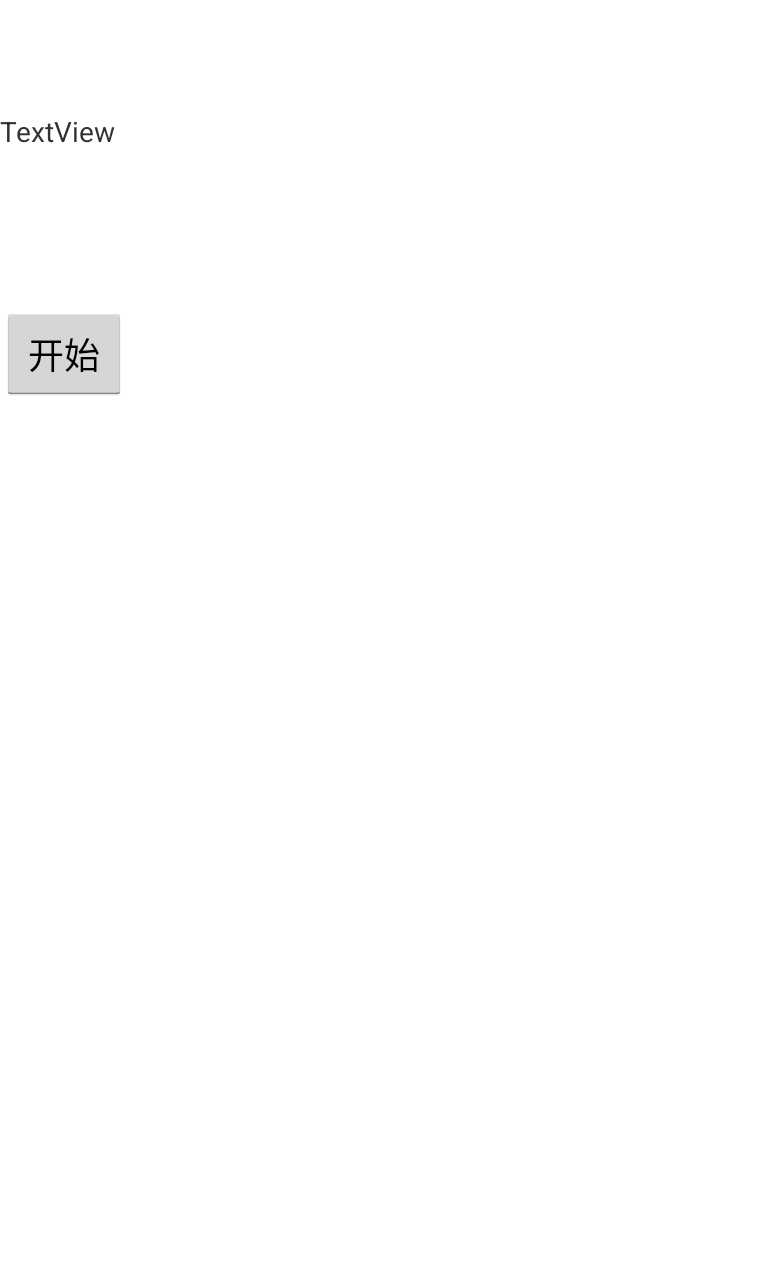
Repository: Tentjx/togit
Layout: workspace/Fragments/res/layout/main.xml
These files come from the project's save history. The layout is drawn as it stood at one moment and after the next save; the edit follows.
It is drawn on a 768 x 1280 px phone screen (xhdpi) without system bars, with theme AppTheme; the app's code is not run.

Above is the layout before, as saved 2015-01-08 07:41:20.

### workspace/Fragments/res/layout/main.xml
<?xml version="1.0" encoding="utf-8"?>
<RelativeLayout xmlns:android="http://schemas.android.com/apk/res/android"
    android:layout_width="match_parent"
    android:layout_height="match_parent" >

    <TextView
        android:id="@+id/textView1"
        android:layout_width="match_parent"
        android:layout_height="wrap_content"
        android:layout_alignParentTop="true"
        android:layout_centerHorizontal="true"
        android:layout_marginTop="56dp"
        android:text="TextView" />

    <Button
        android:id="@+id/button1"
        android:layout_width="wrap_content"
        android:layout_height="wrap_content"
        android:layout_alignLeft="@+id/textView1"
        android:layout_below="@+id/textView1"
        android:layout_marginTop="78dp"
        android:text="开始" />

</RelativeLayout>

Loaded but not shown: workspace/Fragments/res/values/styles.xml (common file); workspace/Fragments/res/values-v11/styles.xml (common file); workspace/Fragments/res/values-v14/styles.xml (common file)

After the next save:
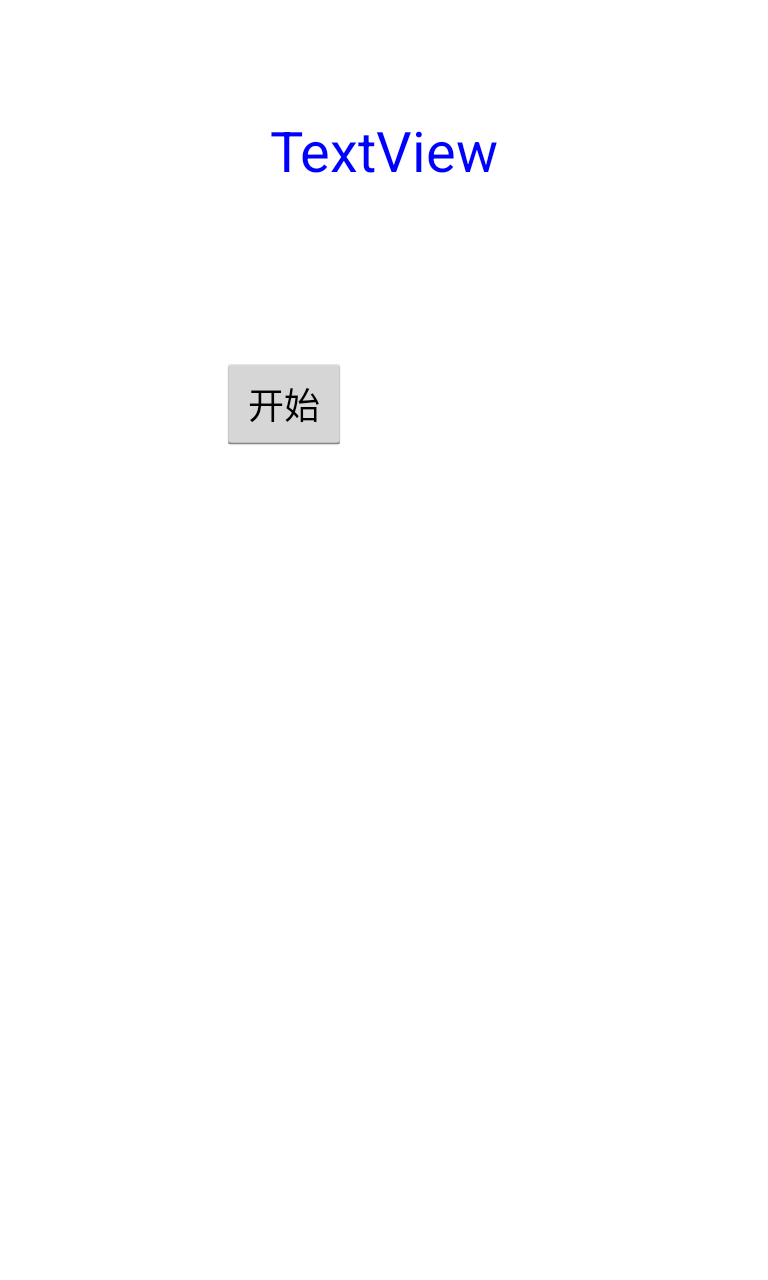
Saved 106 s later.
--- a/workspace/Fragments/res/layout/main.xml
+++ b/workspace/Fragments/res/layout/main.xml
@@ -10,15 +10,19 @@
         android:layout_alignParentTop="true"
         android:layout_centerHorizontal="true"
         android:layout_marginTop="56dp"
+        android:textColor="#0000ff"
+        android:textSize="28sp"
+        android:gravity="center"
         android:text="TextView" />
 
     <Button
         android:id="@+id/button1"
         android:layout_width="wrap_content"
         android:layout_height="wrap_content"
-        android:layout_alignLeft="@+id/textView1"
+        android:layout_alignParentLeft="true"
         android:layout_below="@+id/textView1"
-        android:layout_marginTop="78dp"
+        android:layout_marginLeft="110dp"
+        android:layout_marginTop="84dp"
         android:text="开始" />
 
 </RelativeLayout>
